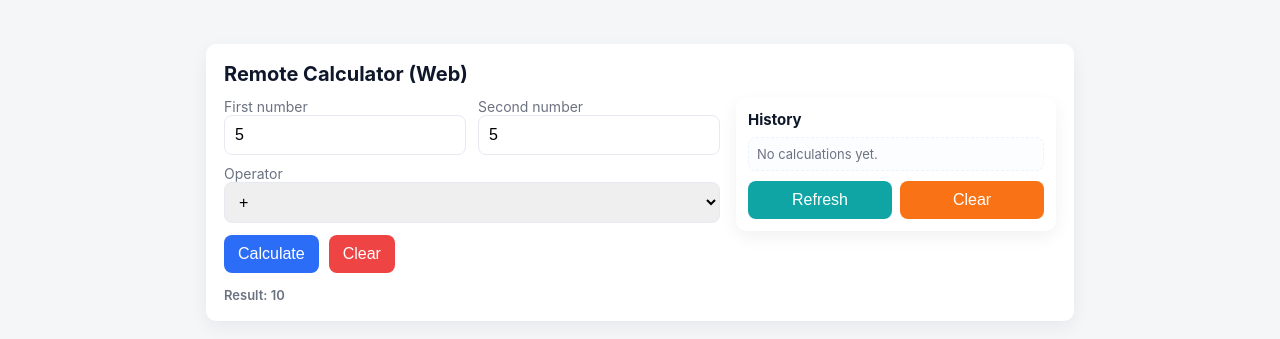
Repository: Sakib2405/PSTU_Academic
Page: http://localhost/
An editor plug-in stored every save of this project. The page is shown before and after the next save, followed by the edit.
The browser window is 1280 px wide. The pictures show the whole page.
Empty fields were first filled with sample values (such as "Sample", 5 or name@example.com).
After loading, the first visible `#calcForm` was submitted once.
The page is served by the project's application, run on Flask 3 (web_server.py).

Above is the page before, as saved 2025-11-22 00:33:16.

### 5th Semister/CCE-313,314(Networking)/Sessional/pronad1_Academic_PSTU_CSE_main_5th_Semester_ma'am_assignment_Socket/Remote Calculator/templates/index.html
<!doctype html>
<html lang="en">
  <head>
    <meta charset="utf-8" />
    <meta name="viewport" content="width=device-width, initial-scale=1" />
    <title>Remote Calculator</title>
    <style>
      :root{ --bg:#f4f6f8; --card:#fff; --accent:#2b6df6; --muted:#6b7280 }
      *{box-sizing:border-box}
      body{font-family:Inter,Segoe UI,Arial;margin:0;background:var(--bg);color:#0f172a}
      .container{max-width:900px;margin:28px auto;padding:16px}
      .card{background:var(--card);border-radius:10px;padding:18px;box-shadow:0 6px 18px rgba(12,20,40,.06)}
      h1{margin:0 0 12px;font-size:20px}
      .layout{display:flex;gap:16px;align-items:flex-start}
      @media(max-width:720px){.layout{flex-direction:column}}
      form{flex:1}
      label{display:block;margin-bottom:10px;font-size:14px;color:var(--muted)}
      input[type=number], select{width:100%;padding:10px;border-radius:8px;border:1px solid #e6e9ef;font-size:16px}
      .row{display:flex;gap:12px}
      .row > *{flex:1}
      button{background:var(--accent);color:#fff;border:0;padding:10px 14px;border-radius:8px;font-size:16px;cursor:pointer}
      #result{margin-top:14px;font-weight:600}
      .history{width:320px}
      .history h3{margin:0 0 8px;font-size:15px}
      .history-list{max-height:320px;overflow:auto;padding:8px;border-radius:8px;border:1px dashed #eef2ff;background:#fbfdff}
      .history-item{padding:8px;border-bottom:1px solid #eef2f6;font-size:14px;color:#0b1220}
      .controls{display:flex;gap:8px;margin-top:10px}
      .muted{color:var(--muted);font-size:13px}
    </style>
  </head>
  <body>
    <div class="container">
      <div class="card">
        <h1>Remote Calculator (Web)</h1>
        <div class="layout">
          <form id="calcForm" class="form" autocomplete="off">
            <div class="row">
              <label>
                First number
                <input id="num1" name="num1" type="number" required />
              </label>
              <label>
                Second number
                <input id="num2" name="num2" type="number" required />
              </label>
            </div>

            <label>
              Operator
              <select id="operator" name="operator">
                <option value="+">+</option>
                <option value="-">-</option>
                <option value="*">*</option>
                <option value="/">/</option>
                <option value="%">%</option>
              </select>
            </label>

            <div style="margin-top:12px;display:flex;gap:10px">
              <button type="submit">Calculate</button>
              <button type="button" id="clearButton" style="background:#ef4444">Clear</button>
            </div>

            <div id="result" class="muted">Result: <span id="value">—</span></div>
          </form>

          <aside class="history card" style="padding:12px">
            <h3>History</h3>
            <div class="history-list" id="historyList">
              <div class="muted">No calculations yet.</div>
            </div>
            <div class="controls">
              <button id="refreshHistory" style="flex:1;background:#0ea5a4">Refresh</button>
              <button id="clearHistory" style="flex:1;background:#f97316">Clear</button>
            </div>
          </aside>
        </div>
      </div>
    </div>

    <script src="/static/main.js"></script>
  </body>
</html>

### 5th Semister/CCE-313,314(Networking)/Sessional/pronad1_Academic_PSTU_CSE_main_5th_Semester_ma'am_assignment_Socket/Remote Calculator/web_server.py
from flask import Flask, request, jsonify, render_template, session

app = Flask(__name__)
app.secret_key = 'replace-this-with-a-secure-random-key'


def calculate(num1, operator, num2):
    try:
        a = int(num1)
        b = int(num2)
    except ValueError:
        return 'Error: Invalid integers'

    if operator == '+':
        return a + b
    elif operator == '-':
        return a - b
    elif operator == '*':
        return a * b
    elif operator == '/':
        return a / b if b != 0 else 'Error: Division by zero'
    elif operator == '%':
        return a % b if b != 0 else 'Error: Division by zero'
    else:
        return 'Error: Invalid operator'


@app.route('/')
def index():
    return render_template('index.html')


@app.route('/api/calc', methods=['POST'])
def api_calc():
    data = request.get_json() or request.form
    num1 = data.get('num1')
    operator = data.get('operator')
    num2 = data.get('num2')

    result = calculate(num1, operator, num2)

    # Save to session history (simple list of strings)
    history = session.get('history', [])
    entry = f"{num1} {operator} {num2} = {result}"
    history.insert(0, entry)
    # keep only recent 20
    session['history'] = history[:20]
    session.modified = True

    return jsonify({'result': result, 'history': session['history']})


@app.route('/api/history', methods=['GET'])
def api_history():
    return jsonify({'history': session.get('history', [])})


@app.route('/api/history/clear', methods=['POST'])
def api_history_clear():
    session['history'] = []
    session.modified = True
    return jsonify({'ok': True, 'history': []})


if __name__ == '__main__':
    app.run(host='127.0.0.1', port=5000, debug=True)

### 5th Semister/CCE-313,314(Networking)/Sessional/pronad1_Academic_PSTU_CSE_main_5th_Semester_ma'am_assignment_Socket/Remote Calculator/static/main.js
document.addEventListener('DOMContentLoaded', () => {
  const form = document.getElementById('calcForm');
  const valueEl = document.getElementById('value');

  form.addEventListener('submit', async (e) => {
    e.preventDefault();
    const num1 = document.getElementById('num1').value;
    const operator = document.getElementById('operator').value;
    const num2 = document.getElementById('num2').value;

    valueEl.textContent = 'Calculating…';

    try {
      const res = await fetch('/api/calc', {
        method: 'POST',
        headers: { 'Content-Type': 'application/json' },
        body: JSON.stringify({ num1, operator, num2 })
      });

      const data = await res.json();
      valueEl.textContent = data.result;
    } catch (err) {
      valueEl.textContent = 'Error: ' + err.message;
    }
  });
});

After the next save:
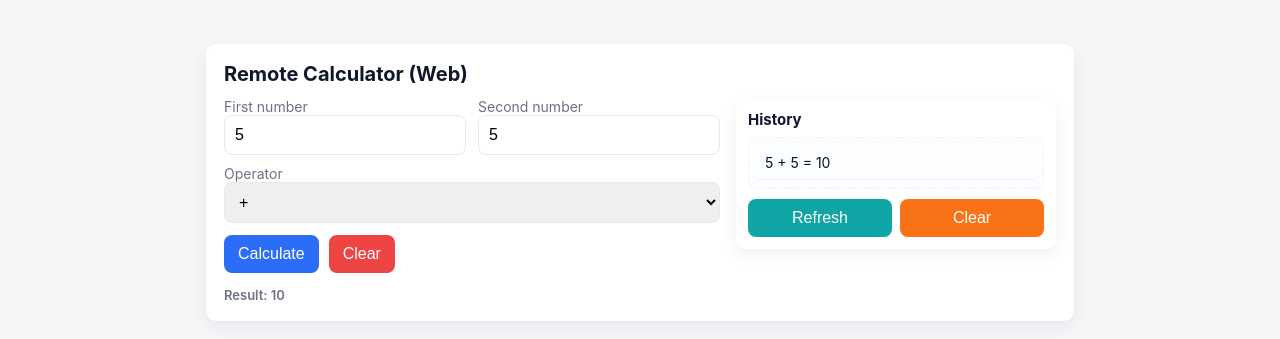
Saved 14 s later.
--- a/5th Semister/CCE-313,314(Networking)/Sessional/pronad1_Academic_PSTU_CSE_main_5th_Semester_ma'am_assignment_Socket/Remote Calculator/static/main.js
+++ b/5th Semister/CCE-313,314(Networking)/Sessional/pronad1_Academic_PSTU_CSE_main_5th_Semester_ma'am_assignment_Socket/Remote Calculator/static/main.js
@@ -1,6 +1,10 @@
 document.addEventListener('DOMContentLoaded', () => {
   const form = document.getElementById('calcForm');
   const valueEl = document.getElementById('value');
+  const historyList = document.getElementById('historyList');
+  const clearHistoryBtn = document.getElementById('clearHistory');
+  const refreshHistoryBtn = document.getElementById('refreshHistory');
+  const clearBtn = document.getElementById('clearButton');
 
   form.addEventListener('submit', async (e) => {
     e.preventDefault();
@@ -19,8 +23,46 @@ document.addEventListener('DOMContentLoaded', () => {
 
       const data = await res.json();
       valueEl.textContent = data.result;
+      renderHistory(data.history || []);
     } catch (err) {
       valueEl.textContent = 'Error: ' + err.message;
     }
   });
+
+  clearBtn.addEventListener('click', () => {
+    document.getElementById('num1').value = '';
+    document.getElementById('num2').value = '';
+    valueEl.textContent = '—';
+  });
+
+  refreshHistoryBtn.addEventListener('click', fetchHistory);
+  clearHistoryBtn.addEventListener('click', async () => {
+    await fetch('/api/history/clear', { method: 'POST' });
+    renderHistory([]);
+  });
+
+  async function fetchHistory(){
+    try{
+      const r = await fetch('/api/history');
+      const j = await r.json();
+      renderHistory(j.history || []);
+    }catch(e){ console.warn(e) }
+  }
+
+  function renderHistory(list){
+    historyList.innerHTML = '';
+    if(!list || list.length === 0){
+      historyList.innerHTML = '<div class="muted">No calculations yet.</div>';
+      return;
+    }
+    for(const item of list){
+      const div = document.createElement('div');
+      div.className = 'history-item';
+      div.textContent = item;
+      historyList.appendChild(div);
+    }
+  }
+
+  // load initial history
+  fetchHistory();
 });
